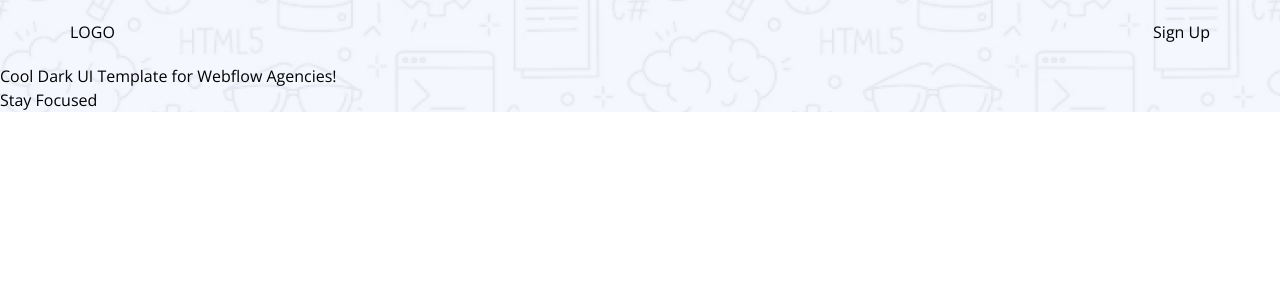
Repository: nahid-hasann/website-3
Page: index.html
An editor plug-in stored every save of this project. The page is shown before and after the next save, followed by the edit.
The browser window is 1280 px wide. The pictures show the whole page.
Some web libraries are served in a nearby version.

Above is the page before, as saved 2025-07-10 19:18:35.

After the next save:
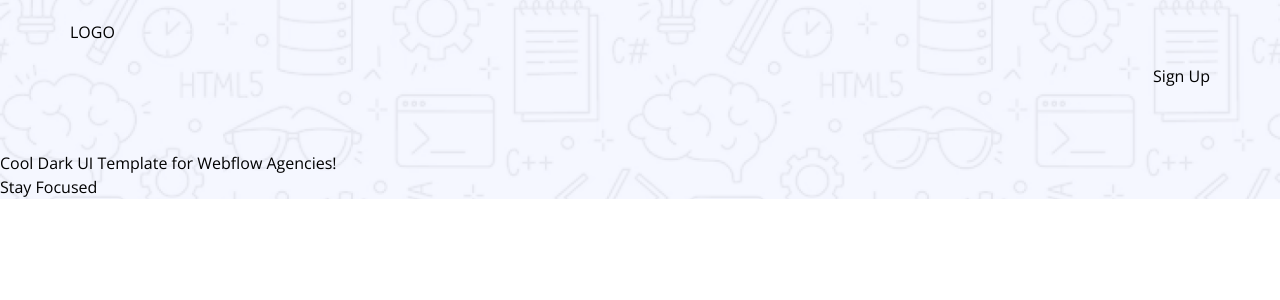
Saved 4 s later.
--- a/style.css
+++ b/style.css
@@ -26,5 +26,5 @@
     padding: 20px 0;
     width: 1140px;
     margin: auto;
-    height: ;
+    height: 151px;
 }
